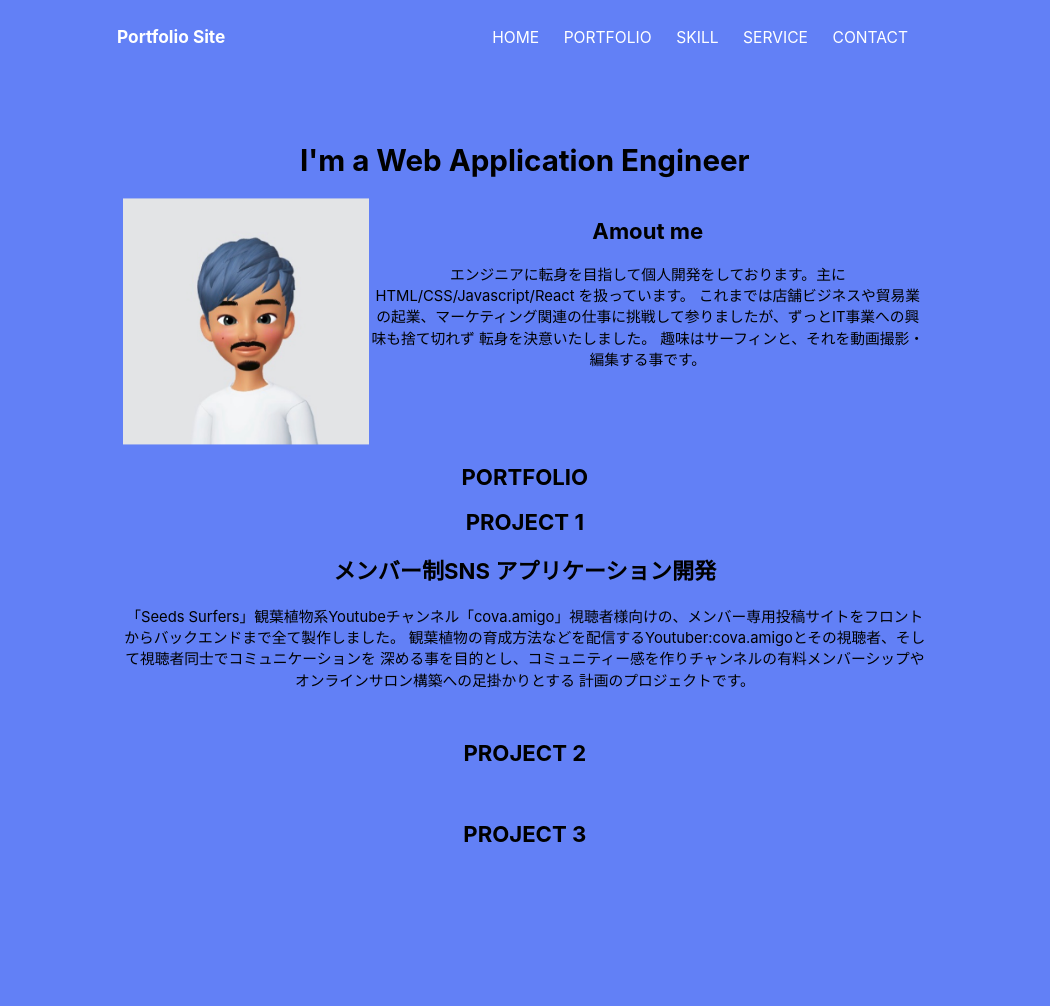
Repository: Seiya00002/my-portfolio-website2
Page: /
The author's editor kept a copy of each file at every save. The page is drawn from the files as they stood at one save, then again after the next save.
The browser window is 1280 px wide. The pictures show the whole page, at 82% of full size.
The project was rebuilt for these pictures with package versions that can differ from the ones it lists, and the page was loaded fresh each time.

Above is the page before, as saved 2023-09-22 17:12:33.

### src/index.css
body {
  margin: 0;
  font-family: -apple-system, BlinkMacSystemFont, 'Segoe UI', 'Roboto', 'Oxygen',
    'Ubuntu', 'Cantarell', 'Fira Sans', 'Droid Sans', 'Helvetica Neue',
    sans-serif;
  -webkit-font-smoothing: antialiased;
  -moz-osx-font-smoothing: grayscale;
  background-color: rgb(98, 128, 246);
}

code {
  font-family: source-code-pro, Menlo, Monaco, Consolas, 'Courier New',
    monospace;
}

### src/App.tsx
import React from 'react';
import logo from './logo.svg';
import './App.css';
import Header from './Components/Header';
import Homepage from './Components/Homepage';
import Footer from './Components/Footer';

function App() {
  return (
    <div className="App">
      <Header />
      <Homepage />
      <Footer />
    </div>
  );
}

export default App;

### src/App.css
.App {
  text-align: center;
  font-size: 18px;
  height: 100vh;
  width: 100%;
}

.header {
  height: 90px;
  display: flex;
  justify-content: space-around;
  align-items: center;
  width: 100%;
  color: white;
  position: fixed;
  z-index: 10;
}

nav ul li {
  list-style: none;
  display: inline-block;
  margin-right: 30px;
}

nav ul li a {
  font-size: 19px;
  color: white;
  text-decoration: none;
  transition: all 0.2s;
}

nav ul li a:hover {
  color: rgb(36, 89, 250);
}

.container {
  padding: 150px;
}

#top {
  display: flex;
  width: 100%;
}

.top img {
  height: 300px;
  width: 300px;
}

.footer {
  height: 90px;
  position: absolute;
  bottom: 0;
  width: 100%;
  justify-content: center;
  align-items: center;
}

### src/Components/Header.tsx
import React from 'react'

const Header = () => {
  return (
    <div className='header'>
        <h3>Portfolio Site</h3>
        <nav>
            <ul>
                <li>
                    <a href='#top'>HOME</a>
                </li>
                <li>
                    <a href='#portfolio'>PORTFOLIO</a>
                </li>
                <li>
                    <a href='#skill'>SKILL</a>
                </li>
                <li>
                    <a href='#service'>SERVICE</a>
                </li>
                <li>
                    <a href='#contact'>CONTACT</a>
                </li>
            </ul>
        </nav>
    </div>
  )
}

export default Header

### src/Components/Homepage.tsx
import React from 'react'

const Homepage = () => {
  return (
    <div className='container'>
        <h1>I'm a Web Application Engineer</h1>
        <div className='top' id='top'>
            <img src='/image/m-drawing.jpg' alt='profile-image' />
            <div className='right-contents'>
                <h2>Amout me</h2>
                <p>エンジニアに転身を目指して個人開発をしております。主にHTML/CSS/Javascript/React を扱っています。
                これまでは店舗ビジネスや貿易業の起業、マーケティング関連の仕事に挑戦して参りましたが、ずっとIT事業への興味も捨て切れず
                転身を決意いたしました。
                趣味はサーフィンと、それを動画撮影・編集する事です。</p>
            </div>
        </div>

        <div id='portfolio'>
            <h2>PORTFOLIO</h2>
            <div className='project'>
                <div className='left-contents'>
                    <h2>PROJECT 1</h2>
                    <h2>メンバー制SNS アプリケーション開発</h2>
                    <p>「Seeds Surfers」観葉植物系Youtubeチャンネル「cova.amigo」視聴者様向けの、メンバー専用投稿サイトをフロント
                        からバックエンドまで全て製作しました。
                        観葉植物の育成方法などを配信するYoutuber:cova.amigoとその視聴者、そして視聴者同士でコミュニケーションを
                        深める事を目的とし、コミュニティー感を作りチャンネルの有料メンバーシップやオンラインサロン構築への足掛かりとする
                        計画のプロジェクトです。
                    </p>
                </div>
                <img src='' alt=''/>
            </div>
            <div className='project'>
                <div className='left-contents'>
                    <h2>PROJECT 2</h2>
                    <h2></h2>
                    <p></p>
                </div>
                <img src='' alt=''/>
            </div>
            <div className='project'>
                <div className='left-contents'>
                    <h2>PROJECT 3</h2>
                    <h2></h2>
                    <p></p>
                </div>
                <img src='' alt=''/>
            </div>

        </div>


    </div>
  )
}

export default Homepage

### src/Components/Footer.tsx
import React from 'react'

const Footer = () => {
  return (
    <div className='footer'></div>
  )
}

export default Footer

Loaded but not shown: public/index.html (common file); src/index.tsx (common file); src/reportWebVitals.ts (common file)

After the next save:
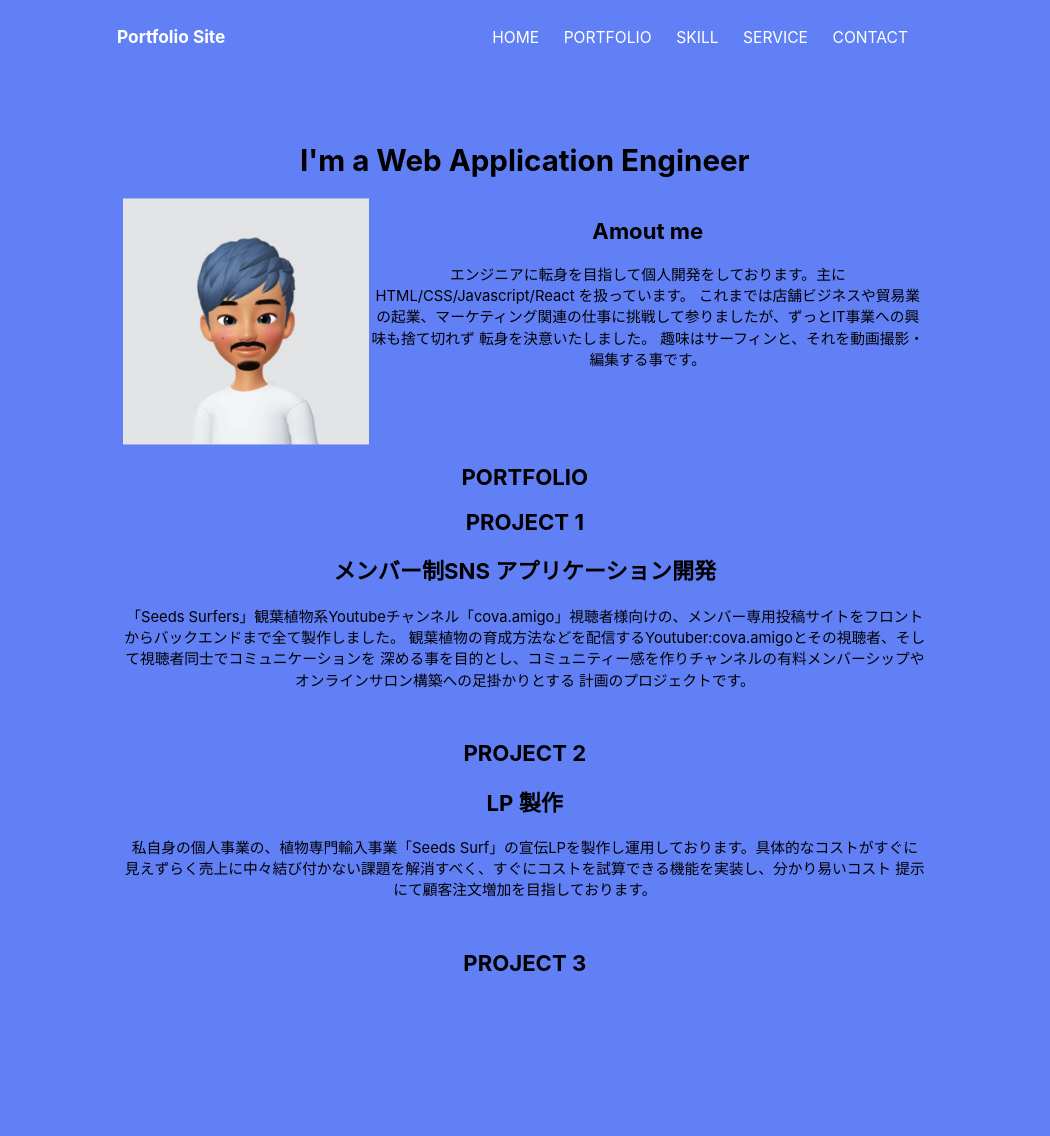
Saved 39 s later.
--- a/src/Components/Homepage.tsx
+++ b/src/Components/Homepage.tsx
@@ -33,8 +33,11 @@
             <div className='project'>
                 <div className='left-contents'>
                     <h2>PROJECT 2</h2>
-                    <h2></h2>
-                    <p></p>
+                    <h2>LP 製作</h2>
+                    <p>私自身の個人事業の、植物専門輸入事業「Seeds Surf」の宣伝LPを製作し運用しております。具体的なコストがすぐに
+                        見えずらく売上に中々結び付かない課題を解消すべく、すぐにコストを試算できる機能を実装し、分かり易いコスト
+                        提示にて顧客注文増加を目指しております。
+                    </p>
                 </div>
                 <img src='' alt=''/>
             </div>
